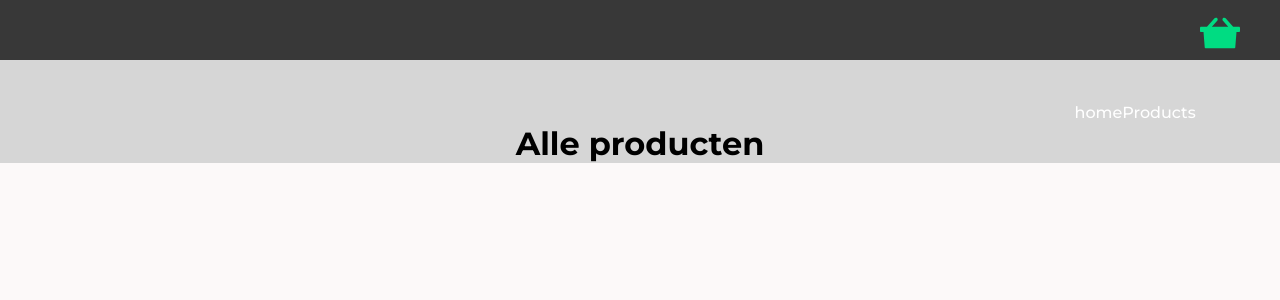
Repository: jodelajo/nuxt-product-page
Page: /
The author's editor kept a copy of each file at every save. The page is drawn from the files as they stood at one save, then again after the next save.
The browser window is 1280 px wide. The pictures show the whole page.
The page's requests for data from a server got no answer. The project was rebuilt for these pictures with package versions that can differ from the ones it lists, and the page was loaded fresh each time. The framework's server and built-in components were replaced by stand-ins that run in the browser. No one was signed in, and anything a server would have sent is missing. Also part of the build but not shown: nuxt.config.js, components/BuyButton.vue, components/CartPrices.vue, components/Counter.vue, components/FilterIcon.vue, components/HomeIcon.vue, components/IncDecButtons.vue, components/MyItem.vue and 8 more.

Above is the page before, as saved 2021-12-03 15:37:34.

### components/Basket.vue
<template>
  <!-- <svg class="nuxt-logo" viewBox="0 0 45 30" fill="none" xmlns="http://www.w3.org/2000/svg">
    <path d="M24.7203 29.704H41.1008C41.6211 29.7041 42.1322 29.5669 42.5828 29.3061C43.0334 29.0454 43.4075 28.6704 43.6675 28.2188C43.9275 27.7672 44.0643 27.2549 44.0641 26.7335C44.0639 26.2121 43.9266 25.6999 43.6662 25.2485L32.6655 6.15312C32.4055 5.70162 32.0315 5.32667 31.581 5.06598C31.1305 4.8053 30.6195 4.66805 30.0994 4.66805C29.5792 4.66805 29.0682 4.8053 28.6177 5.06598C28.1672 5.32667 27.7932 5.70162 27.5332 6.15312L24.7203 11.039L19.2208 1.48485C18.9606 1.03338 18.5864 0.658493 18.1358 0.397853C17.6852 0.137213 17.1741 0 16.6538 0C16.1336 0 15.6225 0.137213 15.1719 0.397853C14.7213 0.658493 14.3471 1.03338 14.0868 1.48485L0.397874 25.2485C0.137452 25.6999 0.000226653 26.2121 2.8053e-07 26.7335C-0.000226092 27.2549 0.136554 27.7672 0.396584 28.2188C0.656614 28.6704 1.03072 29.0454 1.48129 29.3061C1.93185 29.5669 2.44298 29.7041 2.96326 29.704H13.2456C17.3195 29.704 20.3239 27.9106 22.3912 24.4118L27.4102 15.7008L30.0986 11.039L38.1667 25.0422H27.4102L24.7203 29.704ZM13.0779 25.0374L5.9022 25.0358L16.6586 6.36589L22.0257 15.7008L18.4322 21.9401C17.0593 24.2103 15.4996 25.0374 13.0779 25.0374Z" fill="#00DC82" />
  </svg> -->



<svg class="nuxt-logo" xmlns="http://www.w3.org/2000/svg"  viewBox="0 0 122.88 94.27" style="enable-background:new 0 0 122.88 94.27" xml:space="preserve">
<path d="M12.04,27.72h9.43L44.56,1.86c2.05-2.3,5.61-2.5,7.9-0.45v0c2.3,2.05,2.5,5.61,0.45,7.91l-16.42,18.4h50.32 L70.39,9.32c-2.05-2.3-1.85-5.86,0.45-7.91h0c2.3-2.05,5.85-1.85,7.91,0.45l23.08,25.86l9.02,0l0.12,0l8.47,0 c1.9,0,3.45,1.55,3.45,3.45v9.73c0,1.9-1.55,3.45-3.45,3.45h-7.33l-3.77,47.53c-0.1,1.31-1.08,2.39-2.39,2.39H16.94 c-1.31,0-2.29-1.08-2.39-2.39l-3.77-47.53H3.45C1.55,44.35,0,42.8,0,40.9v-9.73c0-1.9,1.55-3.45,3.45-3.45l8.47,0L12.04,27.72 L12.04,27.72z M77.67,46.22h10.91v31.53l-10.91,0V46.22L77.67,46.22z M56.45,46.22h10.9v31.53l-10.9,0V46.22L56.45,46.22z M35.23,46.22h10.91v31.53l-10.91,0V46.22L35.23,46.22z" fill="#00DC82"/>
</svg>



</template>

<style>
.nuxt-logo {
  padding-top: 10px;
  height: 40px;
  width: 40px;
}
</style>

### components/NavBar.vue
<template>
  <nav class="navBar">
    <div class="shoppingcart">
      <NuxtLink to="/">home</NuxtLink>
      <NuxtLink to="/products"
        >Products <span class="sr-only">(current)</span>
      </NuxtLink>
      <NuxtLink to="/my-items"> <Basket /> <span>{{ counter }}</span>
      </NuxtLink><span class="sr-only">(current)</span>



    </div>
  </nav>
</template>

<script>
import { mapState } from "vuex";
export default {

    computed: {
        ...mapState(['counter'])
    }
};
</script>

<style scoped>
.navBar {
  width: 100vw;
  background-color: rgb(56, 56, 56);
  color: white;
  height: 60px;
  display: flex;
  justify-content: flex-end;
  align-items: center;
}
.shoppingcart {
  margin-right: 40px;
}
.sr-only:not(:focus):not(:active) {
  clip: rect(0 0 0 0);
  clip-path: inset(50%);
  height: 1px;
  overflow: hidden;
  position: absolute;
  white-space: nowrap;
  width: 1px;
}

.shoppingcart a {
  color: white;
  text-decoration: none;
}

.shoppingcart a:hover {
  color: red;
}
.basket {
  font-size: 20px;
  height: 48px;
  width: 48px;
  z-index: 10;
  color: white;
}
</style>

### components/NuxtLogo.vue
<template>
  <svg class="nuxt-logo" viewBox="0 0 45 30" fill="none" xmlns="http://www.w3.org/2000/svg">
    <path d="M24.7203 29.704H41.1008C41.6211 29.7041 42.1322 29.5669 42.5828 29.3061C43.0334 29.0454 43.4075 28.6704 43.6675 28.2188C43.9275 27.7672 44.0643 27.2549 44.0641 26.7335C44.0639 26.2121 43.9266 25.6999 43.6662 25.2485L32.6655 6.15312C32.4055 5.70162 32.0315 5.32667 31.581 5.06598C31.1305 4.8053 30.6195 4.66805 30.0994 4.66805C29.5792 4.66805 29.0682 4.8053 28.6177 5.06598C28.1672 5.32667 27.7932 5.70162 27.5332 6.15312L24.7203 11.039L19.2208 1.48485C18.9606 1.03338 18.5864 0.658493 18.1358 0.397853C17.6852 0.137213 17.1741 0 16.6538 0C16.1336 0 15.6225 0.137213 15.1719 0.397853C14.7213 0.658493 14.3471 1.03338 14.0868 1.48485L0.397874 25.2485C0.137452 25.6999 0.000226653 26.2121 2.8053e-07 26.7335C-0.000226092 27.2549 0.136554 27.7672 0.396584 28.2188C0.656614 28.6704 1.03072 29.0454 1.48129 29.3061C1.93185 29.5669 2.44298 29.7041 2.96326 29.704H13.2456C17.3195 29.704 20.3239 27.9106 22.3912 24.4118L27.4102 15.7008L30.0986 11.039L38.1667 25.0422H27.4102L24.7203 29.704ZM13.0779 25.0374L5.9022 25.0358L16.6586 6.36589L22.0257 15.7008L18.4322 21.9401C17.0593 24.2103 15.4996 25.0374 13.0779 25.0374Z" fill="#00DC82" />
  </svg>
</template>

<style>
.nuxt-logo {
  height: 180px;
}
</style>

### layouts/default.vue
<template>
  <div>
   <NavBar />
    <Nuxt />
  </div>
</template>

<style>
@import url("https://fonts.googleapis.com/css2?family=Montserrat:wght@100;200;300;500;700;900&family=Readex+Pro:wght@300;500;700&display=swap");

body {
  box-sizing: border-box;
  margin: 0;
  background-color: rgba(226, 199, 203, 0.1);
  display: flex;
  align-items: center;
  justify-content: center;
   font-family: "Montserrat", sans-serif;
}


*,
*::before,
*::after {
  box-sizing: border-box;
  margin: 0;
}
.button--green {
  display: inline-block;
  border-radius: 4px;
  border: 1px solid #3b8070;
  color: #3b8070;
  text-decoration: none;
  padding: 10px 30px;
}
.button--green:hover {
  color: #fff;
  background-color: #3b8070;
}
.button--grey {
  display: inline-block;
  border-radius: 4px;
  border: 1px solid #35495e;
  color: #35495e;
  text-decoration: none;
  padding: 10px 30px;
  margin-left: 15px;
}
.button--grey:hover {
  color: #fff;
  background-color: #35495e;
}
</style>

### layouts/no-nav.vue
<template>
  <div>
<NuxtLink to="/"> Go back </NuxtLink>
    <Nuxt />
  </div>
</template>

<style>
@import url("https://fonts.googleapis.com/css2?family=Montserrat:wght@100;200;300;500;700;900&family=Readex+Pro:wght@300;500;700&display=swap");

body {
  box-sizing: border-box;
  margin: 0;
  background-color: rgba(226, 199, 203, 0.1);
  display: flex;
  align-items: center;
  justify-content: center;
   font-family: "Montserrat", sans-serif;
}

*,
*::before,
*::after {
  box-sizing: border-box;
  margin: 0;
}
.button--green {
  display: inline-block;
  border-radius: 4px;
  border: 1px solid #3b8070;
  color: #3b8070;
  text-decoration: none;
  padding: 10px 30px;
}
.button--green:hover {
  color: #fff;
  background-color: #3b8070;
}
.button--grey {
  display: inline-block;
  border-radius: 4px;
  border: 1px solid #35495e;
  color: #35495e;
  text-decoration: none;
  padding: 10px 30px;
  margin-left: 15px;
}
.button--grey:hover {
  color: #fff;
  background-color: #35495e;
}
</style>

### pages/index.vue
<template>
  <div class="container">
    <h1>Alle producten</h1>
    <ProductsCardDisplay
      v-for="products in allProducts"
      :key="products.ProductID"
      :productsSection="products"
    />

    <!-- {{ allProducts}}
<br>
<h6>product declaration</h6>
{{ allProducts[0].ProductDeclarations}}
<h6>contact information</h6>
{{ allProducts[0].ProductDeclarations.ContactInformation}}
<h6>pictures</h6>
{{ allProducts[0].ProductPictures}}

<h6>prices</h6>
{{ allProducts[0].ProductPrices}}
<h6>logo's</h6>
{{ allProducts[0].Logos}}
<h6>Websub group</h6>

{{ allProducts[0].WebSubGroups}}
<h6>Nutrition</h6>

{{ allProducts[0].Nutrition}}


<h6>product offers</h6>

{{ allProducts[0].ProductOffers}} -->
  </div>
</template>

//brand //WebSubGroup //ProductOffers
<script>
export default {
  methods: {},
  data() {
    return {
      allProducts: [],
    };
  },
  async fetch() {
    this.allProducts = await fetch(
      "https://a1-api.detailresult.nl/v1/assortmentcache/group/281/104?api_key=6d3a42a3-6d93-4f98-838d-bcc0ab2307fd"
    ).then((res) => res.json());
  },
};
</script>

<style>
@import url("https://fonts.googleapis.com/css2?family=Montserrat:wght@100;200;300;500;700;900&family=Readex+Pro:wght@300;500;700&display=swap");
.container {

  width: 100vw;
  margin: 0;
  display: flex;
  padding: 4rem 0 0 0;
  flex-direction: column;
  justify-content: center;
  align-items: center;
  background-color: rgb(214, 214, 214);
  box-sizing: border-box;
  gap: 20px;
  font-family: "Montserrat", sans-serif;
  /* font-family: 'Readex Pro', sans-serif; */
}
</style>

After the next save:
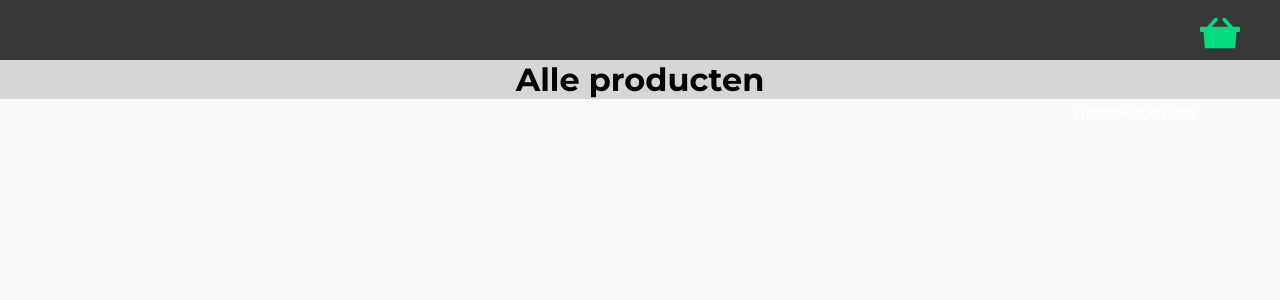
Saved 4 min 9 s later.
--- a/pages/index.vue
+++ b/pages/index.vue
@@ -54,11 +54,10 @@ export default {
 <style>
 @import url("https://fonts.googleapis.com/css2?family=Montserrat:wght@100;200;300;500;700;900&family=Readex+Pro:wght@300;500;700&display=swap");
 .container {
-
   width: 100vw;
   margin: 0;
   display: flex;
-  padding: 4rem 0 0 0;
+  padding: 0;
   flex-direction: column;
   justify-content: center;
   align-items: center;
